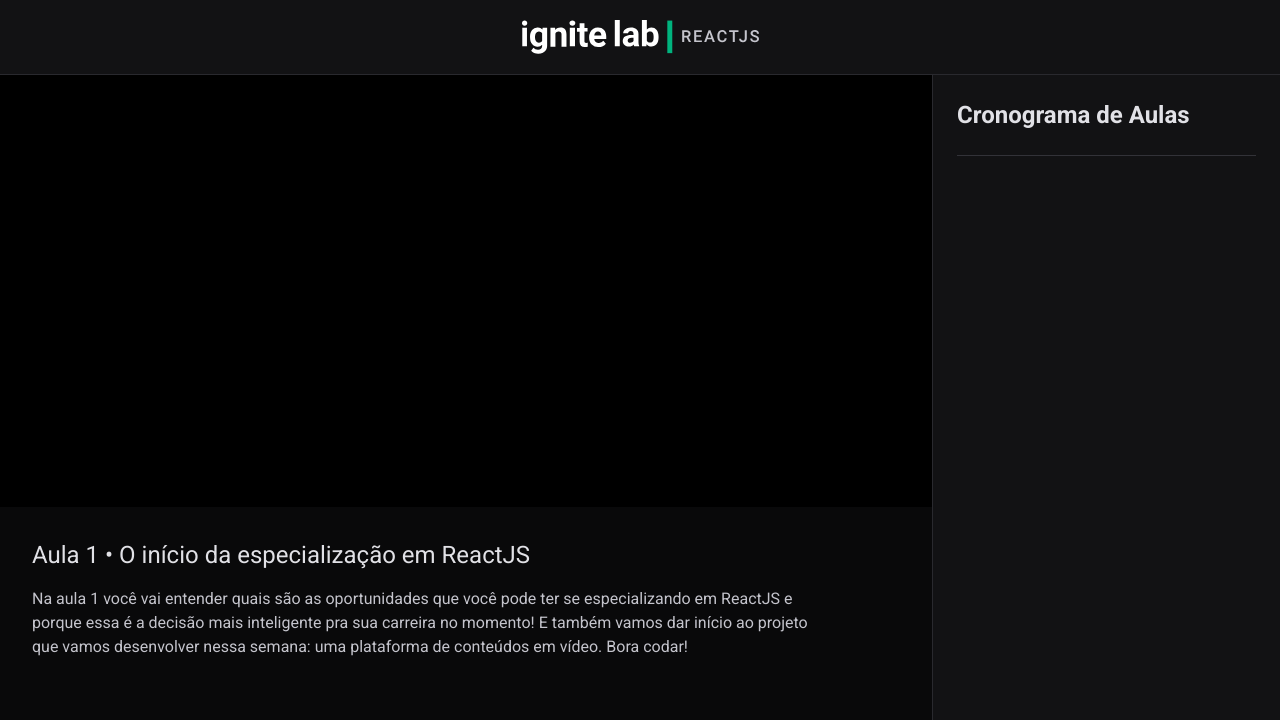
Repository: guilhermecardoso93/ignitelab
Page: /event
These files come from the project's save history. The page is drawn as it stood at one moment and after the next save; the edit follows.
The browser window is 1280 px wide. The pictures show the whole page.
The page's requests for data from a server got no answer. The project was rebuilt for these pictures with package versions that can differ from the ones it lists, and the page was loaded fresh each time. No one was signed in, and anything a server would have sent is missing. Also part of the build but not shown: vite.config.ts, src/components/Lesson/index.tsx.

Above is the page before, as saved 2022-06-23 20:20:09.

### index.html
<!DOCTYPE html>
<html lang="en">
  <head>
    <meta charset="UTF-8" />
    <link rel="icon" type="image/svg+xml" href="/src/favicon.svg" />
    <link rel="preconnect" href="https://fonts.googleapis.com" />
    <link rel="preconnect" href="https://fonts.gstatic.com" crossorigin />
    <link
      href="https://fonts.googleapis.com/css2?family=Roboto:wght@400;500;700&display=swap"
      rel="stylesheet"
    />
    <meta name="viewport" content="width=device-width, initial-scale=1.0" />
    <title>Ignite Lab</title>
  </head>
  <body>
    <div id="root"></div>
    <script type="module" src="/src/main.tsx"></script>
  </body>
</html>

### src/main.tsx
import { ApolloProvider } from "@apollo/client";
import React from "react";
import ReactDOM from "react-dom/client";
import { App } from "./App";
import { client } from "./lib/apollo";

import "./styles/global.css";

ReactDOM.createRoot(document.getElementById("root")!).render(
  <React.StrictMode>
    <ApolloProvider client={client}>
      <App />
    </ApolloProvider>
  </React.StrictMode>
);

### src/App.tsx
import { Event } from "./pages/Event";

export function App() {
  return (
    <div>
      <Event />
    </div>
  );
}

### src/lib/apollo.ts
import { ApolloClient, InMemoryCache } from "@apollo/client";

export const client = new ApolloClient({
  uri: "https://api-sa-east-1.graphcms.com/v2/cl4orc0220r0201xnfce43eoi/master",
  cache: new InMemoryCache()
});

### src/pages/Event.tsx
import { Header } from "../components/Header";
import { Sidebar } from "../components/Sidebar";
import { Video } from "../components/Video";

export function Event() {
  return (
    <div className="flex flex-col min-h-screen">
      <Header />
      <main className="flex flex-1">
        <Video />
        <Sidebar />
      </main>
    </div>
  );
}

### src/components/Header/index.tsx
import { Logo } from "../Logo";

export function Header() {
  return (
    <header className='w-full py-5 flex items-center justify-center bg-gray-700 border-b border-gray-600'>
      <Logo/>
    </header>
  );
}

### src/components/Sidebar/index.tsx
import { gql, useQuery } from "@apollo/client";
import { Lesson } from "../Lesson";

const GET_LESSONS_QUERY = gql`
  query {
    lessons(orderBy: availableAt_ASC, stage: PUBLISHED) {
      id
      lessonType
      availableAt
      title
      slug
    }
  }
`;

interface GetLessonsQueryResponse {
  lessons: {
    id: string;
    title: string;
    slug: string;
    availableAt: string;
    lessonType: "live" | "class";
  }[];
}

export function Sidebar() {
  const { data } = useQuery<GetLessonsQueryResponse>(GET_LESSONS_QUERY);

  return (
    <aside className="w-[348px] bg-gray-700 p-6 border-l border-gray-600">
      <span className="font-bold text-2xl pb-6 mb-6 border-b border-gray-500 block">
        Cronograma de Aulas
      </span>

      <div className="flex flex-col gap-8">
        { data?.lessons.map( lesson => {
          return (
            <Lesson
            key={lesson.id}
            title={lesson.title}
            slug={lesson.slug}
            availableAt={new Date(lesson.availableAt)}
            type={lesson.lessonType}
          />
          )
        })}
      </div>
    </aside>
  );
}

### src/components/Video/index.tsx
export function Video() {
  return (
    <div className='flex-1 '>
      <div className="bg-black flex justify-center">
        <div className="h-full w-full max-w-[1100px] max-h-[60vh] aspect-video"></div>
      </div>
      <div className="p-8 max-w-[1100px] mx-auto">
        <div className="flex items-start gap-16">
          <div className="flex-1">
              <h1 className="text-2xl fot-bold">
                Aula 1 • O início da especialização em ReactJS
              </h1>
              <p className="mt-4 text-gray-200">
              Na aula 1 você vai entender quais são as oportunidades que você pode ter se especializando em ReactJS e porque essa é a decisão mais inteligente pra sua carreira no momento! E também vamos dar início ao projeto que vamos desenvolver nessa semana: uma plataforma de conteúdos em vídeo. Bora codar!
              </p>
          </div>
          <div className="flex flex-col gap-4">

          </div>
        </div>
        <div>

        </div>
      </div>
    </div>

  );
}

### src/components/Logo/index.tsx
export function Logo() {
  return (
    <svg
      xmlns="http://www.w3.org/2000/svg"
      width="237"
      height="34"
      fill="none"
      viewBox="0 0 237 34"
    >
      <path
        fill="#fff"
        d="M.002 3.112a2.49 2.49 0 01.165-.987c.12-.314.304-.595.535-.83A2.906 2.906 0 012.615.572c.698 0 1.374.257 1.912.723.23.24.412.524.536.837a2.701 2.701 0 010 1.979 2.568 2.568 0 01-.536.837 2.889 2.889 0 01-1.907.723 2.901 2.901 0 01-1.908-.723 2.458 2.458 0 01-.538-.84 2.645 2.645 0 01-.172-.996zm4.96 23.146H.273V7.862h4.689v18.397zM8.012 16.973c0-2.853.686-5.145 2.055-6.883a6.653 6.653 0 015.528-2.606 5.869 5.869 0 014.802 2.09l.2-1.751h4.538v17.95a7.891 7.891 0 01-1.12 4.246 7.243 7.243 0 01-3.147 2.752 11.155 11.155 0 01-4.742.94c-1.378 0-2.74-.279-4.008-.812a7.08 7.08 0 01-2.946-2.11l2.208-3.02a5.905 5.905 0 004.543 2.08 4.356 4.356 0 003.104-1.059 3.938 3.938 0 001.103-2.993v-.994a5.775 5.775 0 01-4.555 1.935 6.647 6.647 0 01-3.05-.652 6.615 6.615 0 01-2.408-1.967c-1.397-1.752-2.085-4.089-2.085-6.942v-.21h-.025l.005.006zm4.997.355a6.723 6.723 0 001.026 3.956 3.233 3.233 0 002.799 1.443c.651.045 1.3-.088 1.878-.39a3.52 3.52 0 001.396-1.305v-7.825a3.448 3.448 0 00-1.374-1.305 3.504 3.504 0 00-1.86-.39 3.28 3.28 0 00-1.61.365 3.22 3.22 0 00-1.219 1.103c-.688.975-1.036 2.418-1.036 4.348zM33.098 7.833l.158 2.196a6.527 6.527 0 012.371-1.927 6.38 6.38 0 012.971-.62c1.97 0 3.438.597 4.39 1.79.953 1.194 1.456 2.936 1.486 5.293v12.249h-4.962V14.683a3.367 3.367 0 00-.684-2.344 3.086 3.086 0 00-1.069-.598 3.008 3.008 0 00-1.211-.13 3.349 3.349 0 00-1.821.454c-.553.32-1.01.794-1.313 1.367v13.37H28.45V7.845l4.647-.012zM47.512 3.112a2.304 2.304 0 01.185-.988 2.42 2.42 0 01.59-.831A3.439 3.439 0 0150.404.57c.772 0 1.52.256 2.117.723.508.486.792 1.142.792 1.826 0 .683-.284 1.34-.792 1.826a3.417 3.417 0 01-2.11.723c-.77 0-1.517-.257-2.11-.723a2.47 2.47 0 01-.594-.839 2.342 2.342 0 01-.19-.994h-.005zm5.483 23.149h-5.18V7.86h5.18v18.4zM62.454 3.334v4.612h3.107v3.677h-3.107v9.382c-.05.53.091 1.063.395 1.495a1.824 1.824 0 001.473.45c.476.002.95-.035 1.421-.114v3.803a9.672 9.672 0 01-2.939.449c-3.398 0-5.128-1.775-5.19-5.32V11.644h-2.642V7.968h2.643V3.356h4.841v-.025l-.002.003zM76.487 27.08a9.277 9.277 0 01-6.759-2.55c-1.74-1.699-2.605-3.957-2.605-6.797v-.494a11.295 11.295 0 011.098-5.08 8.141 8.141 0 013.111-3.465 8.72 8.72 0 014.59-1.22c2.577 0 4.62.815 6.098 2.449 1.478 1.633 2.226 3.94 2.226 6.929v2.055h-12.01a4.665 4.665 0 001.473 2.971 4.487 4.487 0 003.111 1.111 5.426 5.426 0 004.548-2.115l2.476 2.781a7.506 7.506 0 01-3.07 2.507 9.81 9.81 0 01-4.287.916v.002zm-.594-15.514a3.127 3.127 0 00-2.428 1.012 5.405 5.405 0 00-1.188 2.912h7.006v-.405a3.749 3.749 0 00-.908-2.608 3.252 3.252 0 00-2.45-.908h-.03l-.002-.003zM97.771 26.259h-4.957V0h4.957V26.26zM112.209 26.259c-.227-.444-.392-.997-.496-1.659-1.196 1.333-2.751 2.002-4.666 2.002-1.811 0-3.314-.523-4.504-1.572-1.191-1.049-1.786-2.372-1.786-3.966 0-1.96.725-3.464 2.179-4.513 1.453-1.049 3.553-1.58 6.3-1.59h2.273v-1.06c0-.854-.22-1.54-.659-2.051-.44-.513-1.131-.77-2.078-.77-.832 0-1.486.2-1.957.6-.474.4-.708.945-.708 1.64h-4.941c0-1.07.331-2.062.992-2.973.662-.91 1.597-1.626 2.804-2.144 1.206-.518 2.564-.778 4.069-.778 2.28 0 4.089.573 5.429 1.718 1.34 1.145 2.009 2.756 2.009 4.83v8.017c.012 1.754.256 3.082.735 3.983v.29h-4.992l-.003-.004zm-4.086-3.435c.728 0 1.402-.163 2.016-.486.614-.326 1.071-.76 1.367-1.308v-3.181h-1.846c-2.472 0-3.79.854-3.948 2.564l-.017.291c0 .614.217 1.123.649 1.523.434.4 1.026.6 1.779.6v-.003zM136.58 17.183c0 2.963-.632 5.273-1.898 6.931-1.265 1.659-3.032 2.488-5.3 2.488-2.006 0-3.608-.77-4.805-2.308l-.222 1.967h-4.444V.001h4.94v9.418c1.14-1.332 2.638-2 4.496-2 2.256 0 4.025.828 5.308 2.487 1.283 1.658 1.923 3.992 1.923 7v.274l.002.003zm-4.94-.358c0-1.868-.296-3.233-.889-4.094-.592-.861-1.475-1.29-2.65-1.29-1.572 0-2.655.643-3.247 1.932v7.299c.604 1.298 1.697 1.95 3.282 1.95 1.584 0 2.643-.788 3.146-2.36.239-.752.358-1.897.358-3.437z"
      ></path>
      <path
        fill="#C4C4CC"
        d="M164.51 17.501h-2.283v4.53h-2.048v-11.78h4.143c1.36 0 2.408.306 3.149.915.74.61 1.108 1.493 1.108 2.648 0 .787-.19 1.449-.57 1.98-.38.532-.911.94-1.59 1.226l2.646 4.906v.106h-2.194l-2.364-4.531h.003zm-2.283-1.65h2.105c.691 0 1.229-.176 1.619-.524.39-.348.582-.824.582-1.429 0-.604-.18-1.12-.538-1.466-.358-.345-.893-.523-1.606-.533h-2.162V15.85zM179.066 16.773h-4.839v3.625h5.656v1.634h-7.704V10.25h7.648v1.65h-5.6v3.253h4.839v1.62zM189.803 19.29h-4.565l-.955 2.744h-2.127l4.452-11.783h1.836l4.459 11.783h-2.137l-.963-2.744zm-3.99-1.65h3.415l-1.707-4.89-1.708 4.89zM204.716 18.197c-.119 1.256-.583 2.238-1.392 2.941-.81.703-1.885 1.056-3.228 1.056-.938 0-1.764-.222-2.48-.668-.715-.445-1.266-1.079-1.656-1.898-.387-.82-.589-1.772-.607-2.858v-1.1c0-1.11.198-2.09.59-2.937.392-.846.96-1.5 1.695-1.96.736-.458 1.587-.688 2.554-.688 1.301 0 2.347.353 3.139 1.057.792.703 1.254 1.7 1.385 2.99h-2.039c-.096-.846-.343-1.458-.74-1.833-.397-.375-.977-.563-1.745-.563-.89 0-1.574.326-2.05.977-.479.652-.721 1.605-.733 2.863v1.044c0 1.273.227 2.245.683 2.917.457.668 1.123 1.004 2.004 1.004.805 0 1.409-.18 1.814-.543.405-.363.661-.962.77-1.804h2.038l-.002.003zM216.481 11.902h-3.674v10.132h-2.031V11.902h-3.642V10.25h9.347v1.65zM222.759 10.251h2.039v8.262c0 1.127-.353 2.023-1.057 2.687-.703.664-1.633.995-2.788.995-1.229 0-2.179-.311-2.848-.93-.669-.62-1.004-1.484-1.004-2.59h2.038c0 .627.156 1.096.467 1.412.31.316.76.474 1.347.474.55 0 .989-.183 1.315-.545.326-.366.489-.867.489-1.51V10.25h.002zM234.952 18.999c0-.518-.183-.918-.545-1.197-.363-.279-1.022-.563-1.972-.849-.95-.286-1.705-.604-2.265-.955-1.074-.674-1.612-1.555-1.612-2.638 0-.95.388-1.732 1.163-2.347.774-.614 1.779-.922 3.015-.922.819 0 1.55.15 2.194.454a3.597 3.597 0 011.513 1.29c.367.558.55 1.177.55 1.858h-2.038c0-.614-.193-1.095-.578-1.443-.385-.348-.938-.524-1.656-.524-.668 0-1.189.144-1.557.43-.37.286-.555.686-.555 1.197 0 .432.2.792.6 1.08.399.29 1.056.57 1.974.842.918.271 1.653.582 2.208.93.556.348.963.748 1.222 1.197.259.452.387.977.387 1.582 0 .982-.375 1.762-1.127 2.342-.753.58-1.775.87-3.063.87a5.755 5.755 0 01-2.352-.473c-.715-.316-1.27-.75-1.668-1.308-.397-.555-.594-1.204-.594-1.942h2.048c0 .669.222 1.187.664 1.555.441.367 1.075.55 1.902.55.713 0 1.246-.143 1.607-.432.357-.288.538-.671.538-1.145l-.003-.002z"
      ></path>
      <path fill="#00B37E" d="M150.271 33.146h-4.958V.57h4.958v32.576z"></path>
    </svg>
  );
}

### tailwind.config.js
/** @type {import('tailwindcss').Config} */
module.exports = {
  content: ["./src/**/*.tsx"],
  theme: {
    extend: {
      fontFamily: {
        sans: "Roboto, sans-serif"
      },
      colors: {
        green: {
          300: "#00B37E",
          500: "#00875F",
          700: "#015F43"
        },
        blue: {
          500: "#81D8F7"
        },
        orange: {
          500: "#FBA94C"
        },
        red: {
          500: "#F75A68"
        },
        gray: {
          100: "#E1E1E6",
          200: "#C4C4CC",
          300: "#8D8D99",
          500: "#323238",
          600: "#29292E",
          700: "#121214",
          900: "#09090A"
        }
      }
    }
  },
  plugins: []
};

Loaded but not shown: src/styles/global.css (common file)

After the next save:
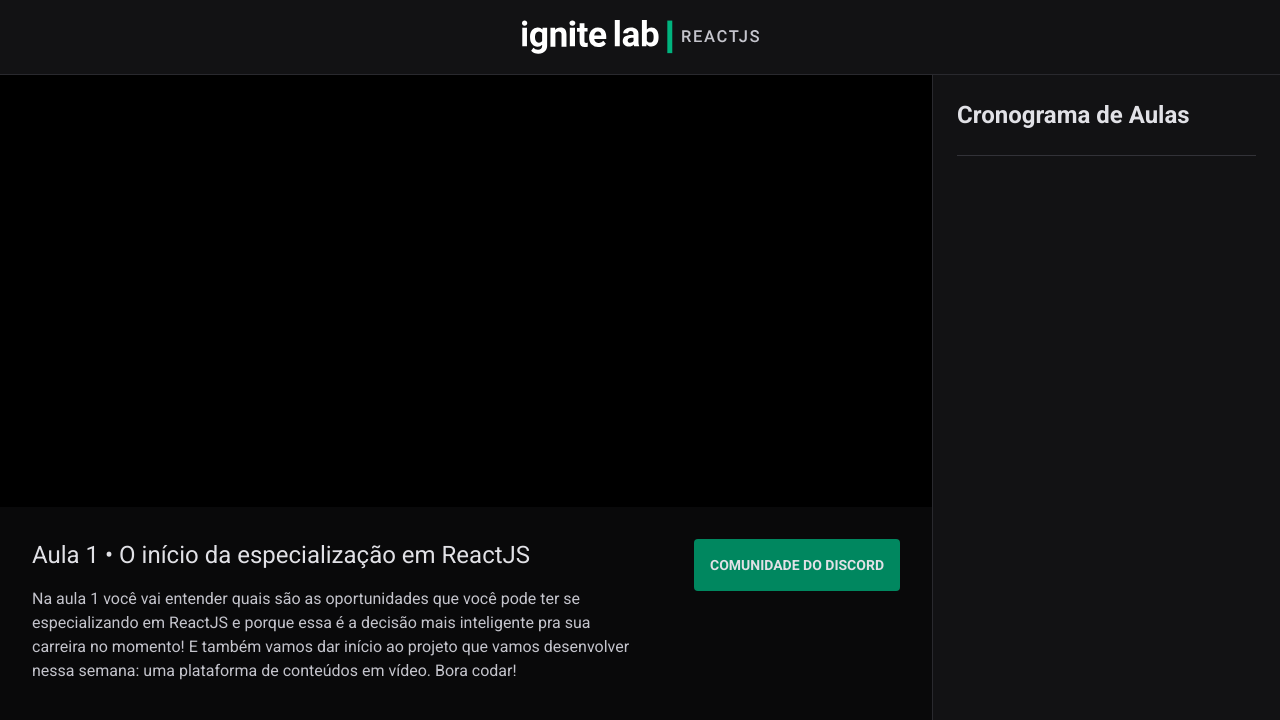
Saved 90 s later.
--- a/src/components/Video/index.tsx
+++ b/src/components/Video/index.tsx
@@ -15,7 +15,9 @@
               </p>
           </div>
           <div className="flex flex-col gap-4">
-
+            <a href="http://" className="p-4 text-sm bg-green-500 flex items-center rounded font-bold uppercase gap-2 justify-center">
+              comunidade do discord
+            </a>
           </div>
         </div>
         <div>
